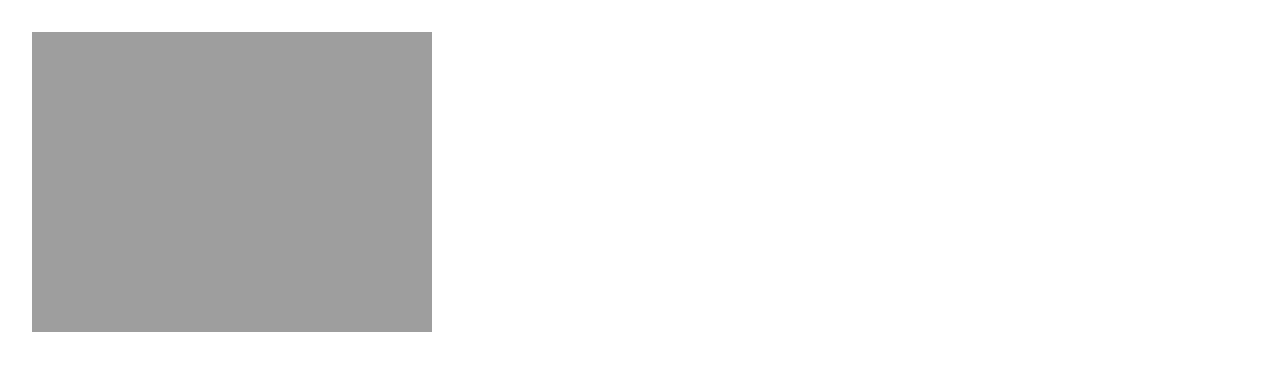
Repository: nikhilsinghrathore1/SpiceitUp
Page: /
These files come from the project's save history. The page is drawn as it stood at one moment and after the next save; the edit follows.
The browser window is 1280 px wide. The pictures show the whole page.
The project was rebuilt for these pictures with package versions that can differ from the ones it lists, and the page was loaded fresh each time. Also part of the build but not shown: vite.config.ts.

Above is the page before, as saved 2024-11-12 18:48:19.

After the next save:
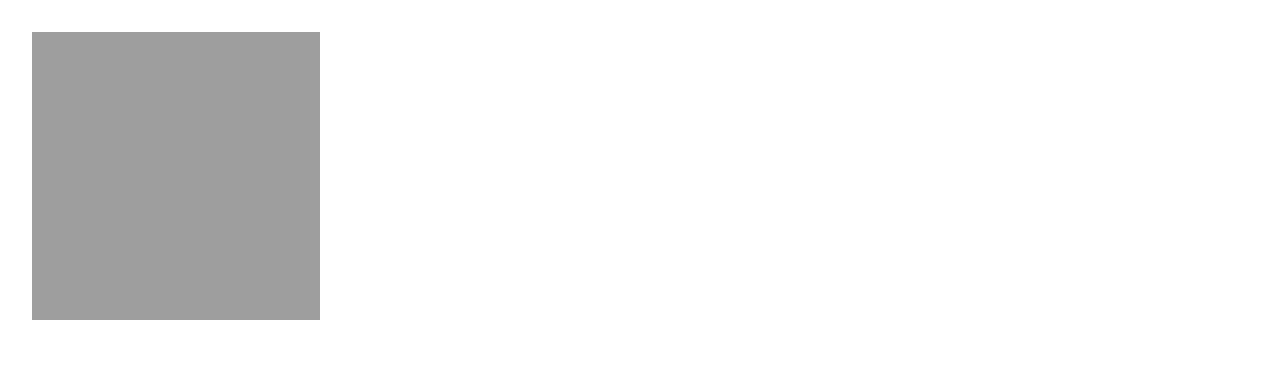
Saved 21 s later.
--- a/src/Canvas.tsx
+++ b/src/Canvas.tsx
@@ -24,7 +24,7 @@ const Canvas = () => {
                }, [])
 
   return (
-               <canvas ref={canvasref} id='canvasId'></canvas>
+               <canvas ref={canvasref} className="w-[18rem] h-[18rem]" id='canvasId'></canvas>
   )
 }
 
